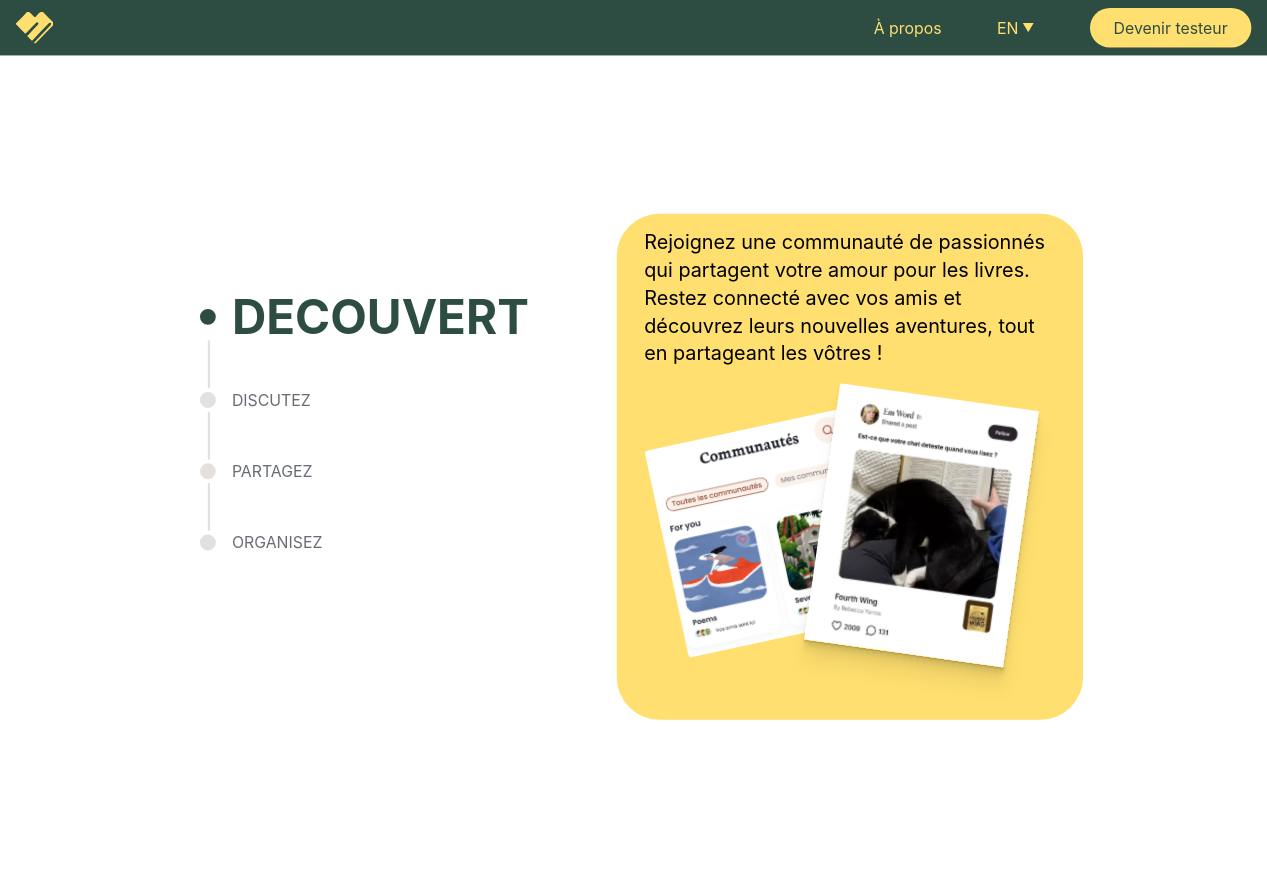
Repository: enas-elm/bookish-landing
Page: /
The author's editor kept a copy of each file at every save. The page is drawn from the files as they stood at one save, then again after the next save.
The browser window is 1280 px wide. The pictures show the whole page, at 99% of full size.
The project was rebuilt for these pictures with package versions that can differ from the ones it lists, and the page was loaded fresh each time.

Above is the page before, as saved 2024-09-12 11:06:12.

After the next save:
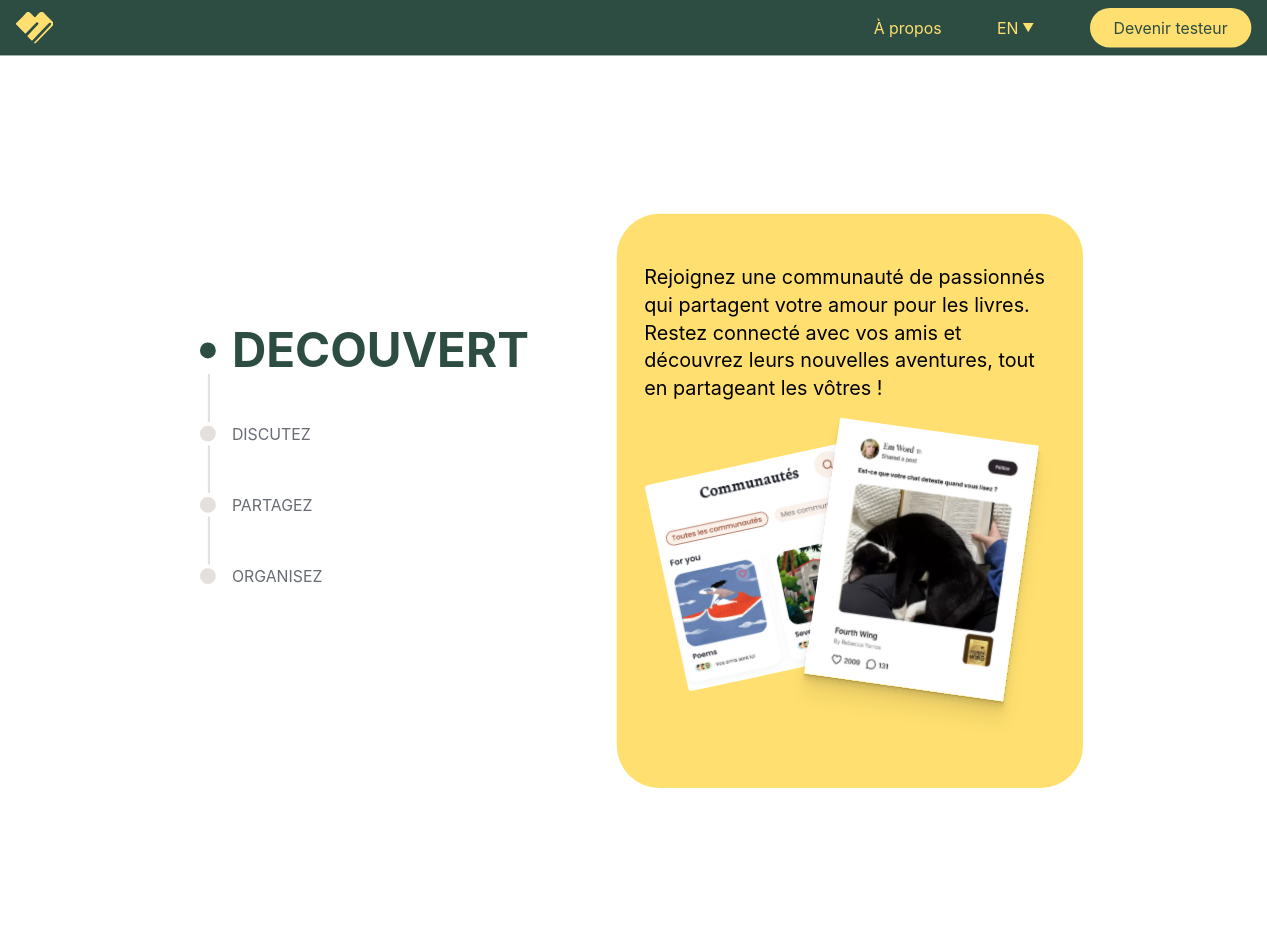
Saved 21 s later.
--- a/tailwind.config.js
+++ b/tailwind.config.js
@@ -25,7 +25,7 @@ module.exports = {
         471: "471px",
       },
       height: {
-        611: "511px",
+        611: "580px",
       },
     },
   },
